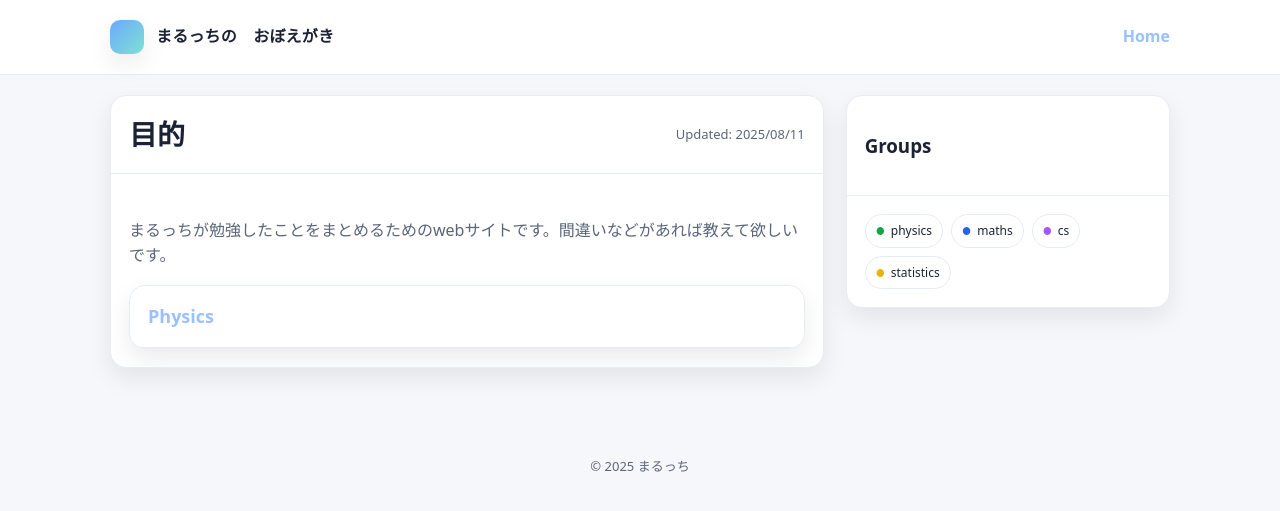
Repository: Riki-Mochimaru/tureduretunedune
Page: index.html
The author's editor kept a copy of each file at every save. The page is drawn from the files as they stood at one save, then again after a run of saves.
The browser window is 1280 px wide. The pictures show the whole page.

Above is the page before, as saved 2025-08-12 00:07:59.

After the next 4 saves:
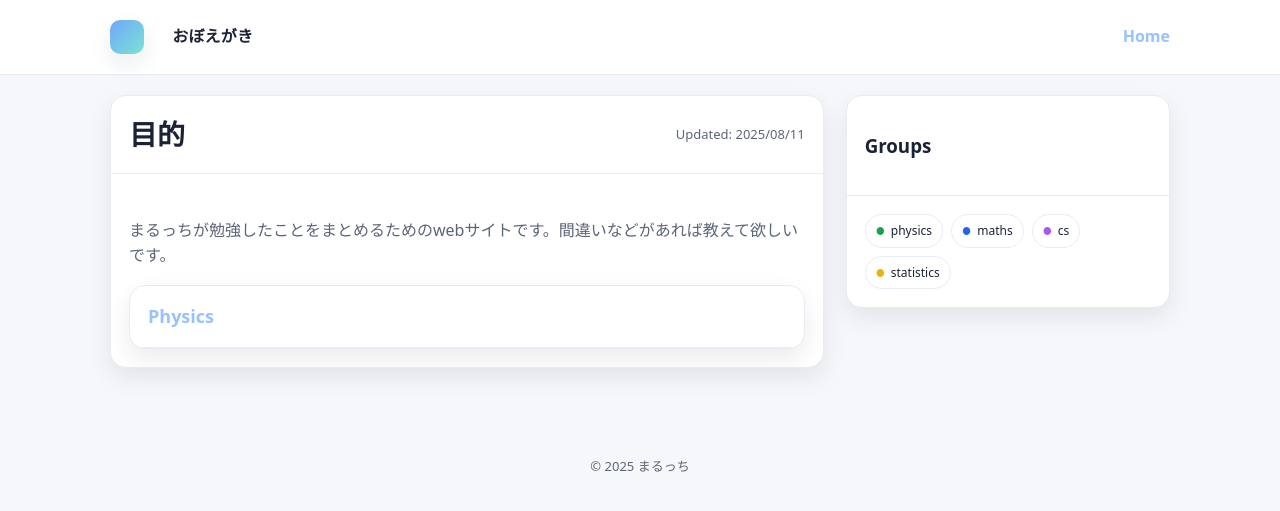
The 4 saves are shown as one change because they came seconds apart.
The last was saved 15 s later.
--- a/index.html
+++ b/index.html
@@ -9,7 +9,7 @@
 <body>
   <header class="site">
     <div class="shell row">
-      <div class="brand"><div class="brand-badge"></div><div>まるっちの　おぼえがき</div></div>
+      <div class="brand"><div class="brand-badge"></div><div><a href="./"></a>　おぼえがき</div></div>
       <nav>
         <a href="./">Home</a>
       </nav>
